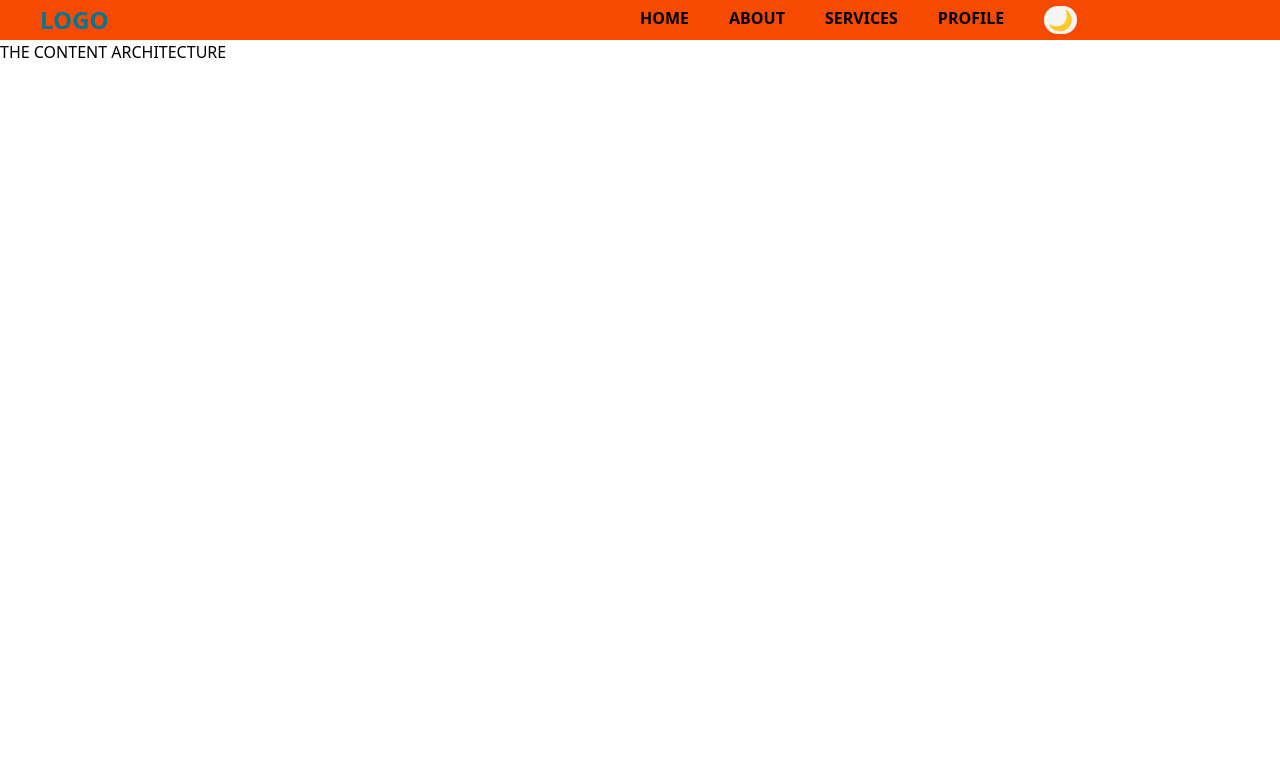
Repository: ajay-maurya-dev/Login
Page: /
The author's editor kept a copy of each file at every save. The page is drawn from the files as they stood at one save, then again after the next save.
The browser window is 1280 px wide. The pictures show the whole page.
The project was rebuilt for these pictures with package versions that can differ from the ones it lists, and the page was loaded fresh each time. Also part of the build but not shown: vite.config.js.

Above is the page before, as saved 2026-10-23 16:08:16.

### index.html
<!doctype html>
<html lang="en">
  <head>
    <meta charset="UTF-8" />
    <link rel="icon" type="image/svg+xml" href="/favicon.svg" />
    <meta name="viewport" content="width=device-width, initial-scale=1.0" />
    <title>homepage</title>
  </head>
  <body>
    <div id="root"></div>
    <script type="module" src="/src/main.jsx"></script>
  </body>
</html>

### src/main.jsx
import { StrictMode } from 'react'
import { createRoot } from 'react-dom/client'
import './index.css'
import App from './App.jsx'
import Navbar from './components/Navbar.jsx'

createRoot(document.getElementById('root')).render(
  <StrictMode>
    <Navbar/>
    <App />
  </StrictMode>,
)

### src/App.jsx
function App() {
  return (
    <div className="h-screen w-screen dark:bg-black dark:text-white">

      <footer>
        <h1>THE CONTENT ARCHITECTURE</h1>
      </footer>
    </div>
  );
}

export default App;

### src/components/Navbar.jsx

import Dark from "./Dark";

function Navbar() {


  return (
    <nav className="flex items-center w-full md:h-10 md:w-full px-10 dark:bg-black dark:text-white md:bg-orange-600 sm:h-50 sm:w-1/2 sm:flex-row">
      <div className=" flex-1 text-2xl text-cyan-700 font-extrabold">LOGO</div>
      <div className="flex flex-1 gap-10 test-2xl font-bold">
        <h3 className="cursor-pointer hover:text-cyan-500 active:scale-95 ">
          HOME
        </h3>
        <h3 className="cursor-pointer hover:text-cyan-500 active:scale-95">
          ABOUT
        </h3>
        <h3 className="cursor-pointer hover:text-cyan-500 active:scale-95">
          SERVICES
        </h3>
        <h3 className="cursor-pointer hover:text-cyan-500 active:scale-95">
          PROFILE
        </h3>
        <Dark/>
      </div>
    </nav>
  );
}

export default Navbar;

### src/components/Dark.jsx
import { useState, useEffect } from "react";

export default function Dark() {
  const [isDark, setIsDark] = useState(false);

  // Sync the true/false state to the HTML document tag
  useEffect(() => {
    const root = window.document.documentElement;
    if (isDark) {
      root.classList.add("dark");
    } else {
      root.classList.remove("dark");
    }
  }, [isDark]);

  return (
    <button
      className="px-1 text-xl rounded-full bg-neutral-100 dark:bg-neutral-800 transition-colors duration-200"
      onClick={() => setIsDark((prev) => !prev)}
    >
      {isDark ? "☀️" : "🌙"}
    </button>
  );
}

Loaded but not shown: src/index.css (common file)

After the next save:
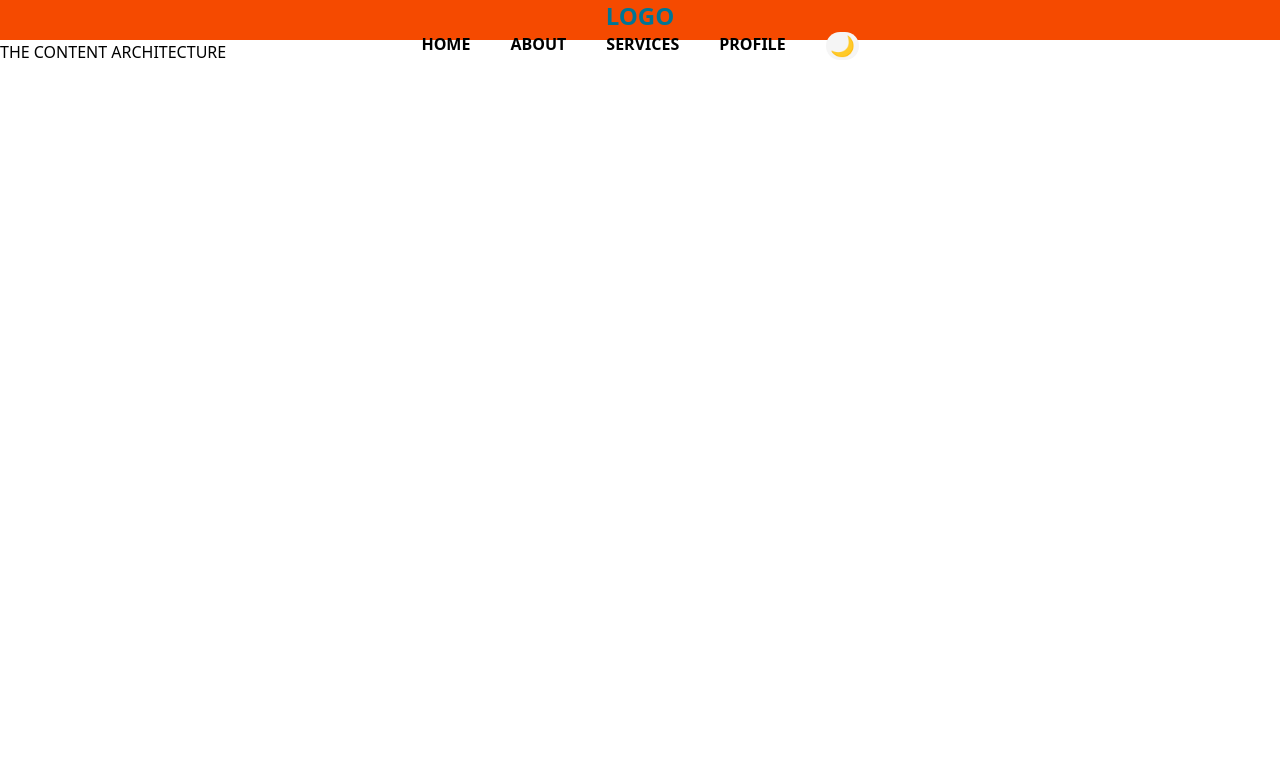
Saved 10 s later.
--- a/src/components/Navbar.jsx
+++ b/src/components/Navbar.jsx
@@ -5,7 +5,7 @@ function Navbar() {
 
 
   return (
-    <nav className="flex items-center w-full md:h-10 md:w-full px-10 dark:bg-black dark:text-white md:bg-orange-600 sm:h-50 sm:w-1/2 sm:flex-row">
+    <nav className="flex items-center w-full md:h-10 md:w-full px-10 dark:bg-black dark:text-white md:bg-orange-600 sm:h-50 sm:w-1/2 sm:flex-col">
       <div className=" flex-1 text-2xl text-cyan-700 font-extrabold">LOGO</div>
       <div className="flex flex-1 gap-10 test-2xl font-bold">
         <h3 className="cursor-pointer hover:text-cyan-500 active:scale-95 ">
